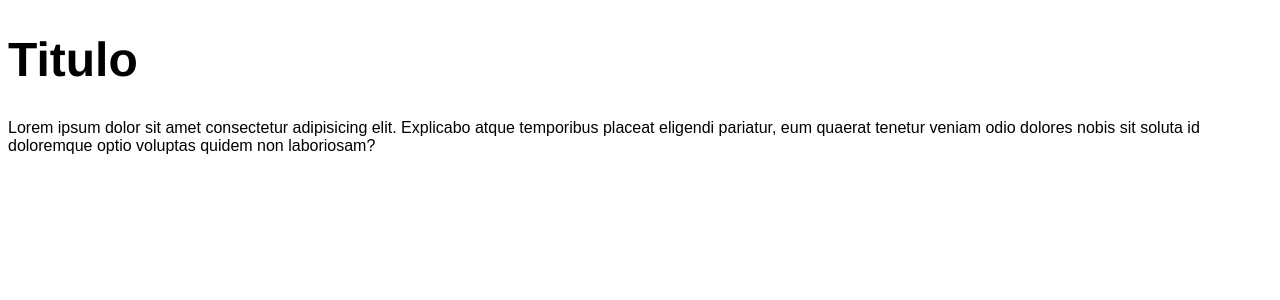
Repository: Iamjordana/html-css
Page: Html Css/Exercicios/ex018/fonte02.html
The author's editor kept a copy of each file at every save. The page is drawn from the files as they stood at one save, then again after a run of saves.
The browser window is 1280 px wide. The pictures show the whole page.

Above is the page before, as saved 2025-02-18 09:30:41.

After the next 2 saves:
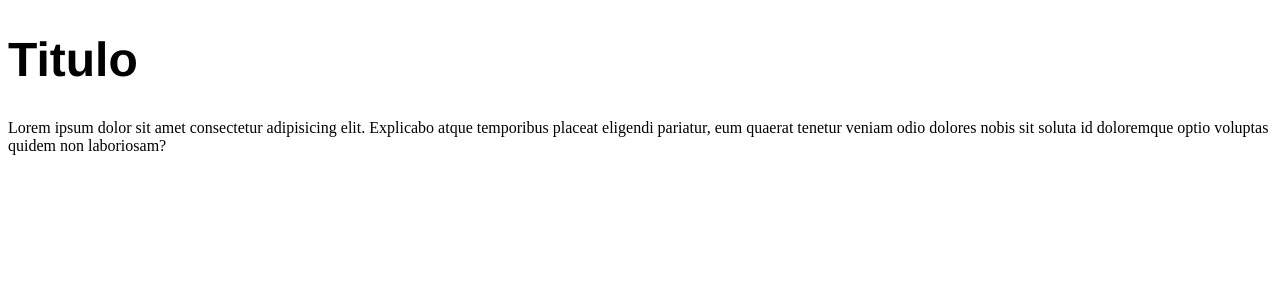
The 2 saves are shown as one change because they came seconds apart.
The last was saved 3 min 17 s later.
--- a/Html Css/Exercicios/ex018/fonte02.html
+++ b/Html Css/Exercicios/ex018/fonte02.html
@@ -6,6 +6,7 @@
     <title>Fontes Externas </title>
 </head>
     <style>
+        @font-face
         body{
             font-family: Arial, Helvetica, sans-serif;
         }

After the save that followed:
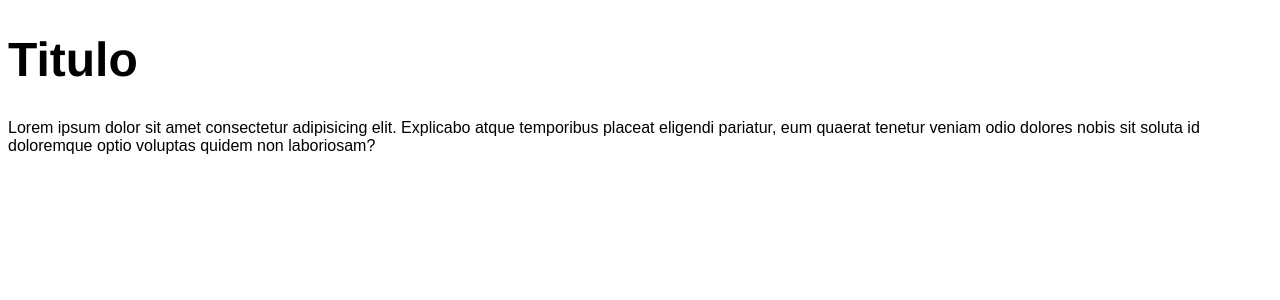
Saved 6 s later.
--- a/Html Css/Exercicios/ex018/fonte02.html
+++ b/Html Css/Exercicios/ex018/fonte02.html
@@ -6,7 +6,10 @@
     <title>Fontes Externas </title>
 </head>
     <style>
-        @font-face
+        @font-face{
+            font-family: 'Franklin Gothic Medium';
+            src: url('FranklinGothic-Medium.ttf');
+        }
         body{
             font-family: Arial, Helvetica, sans-serif;
         }
